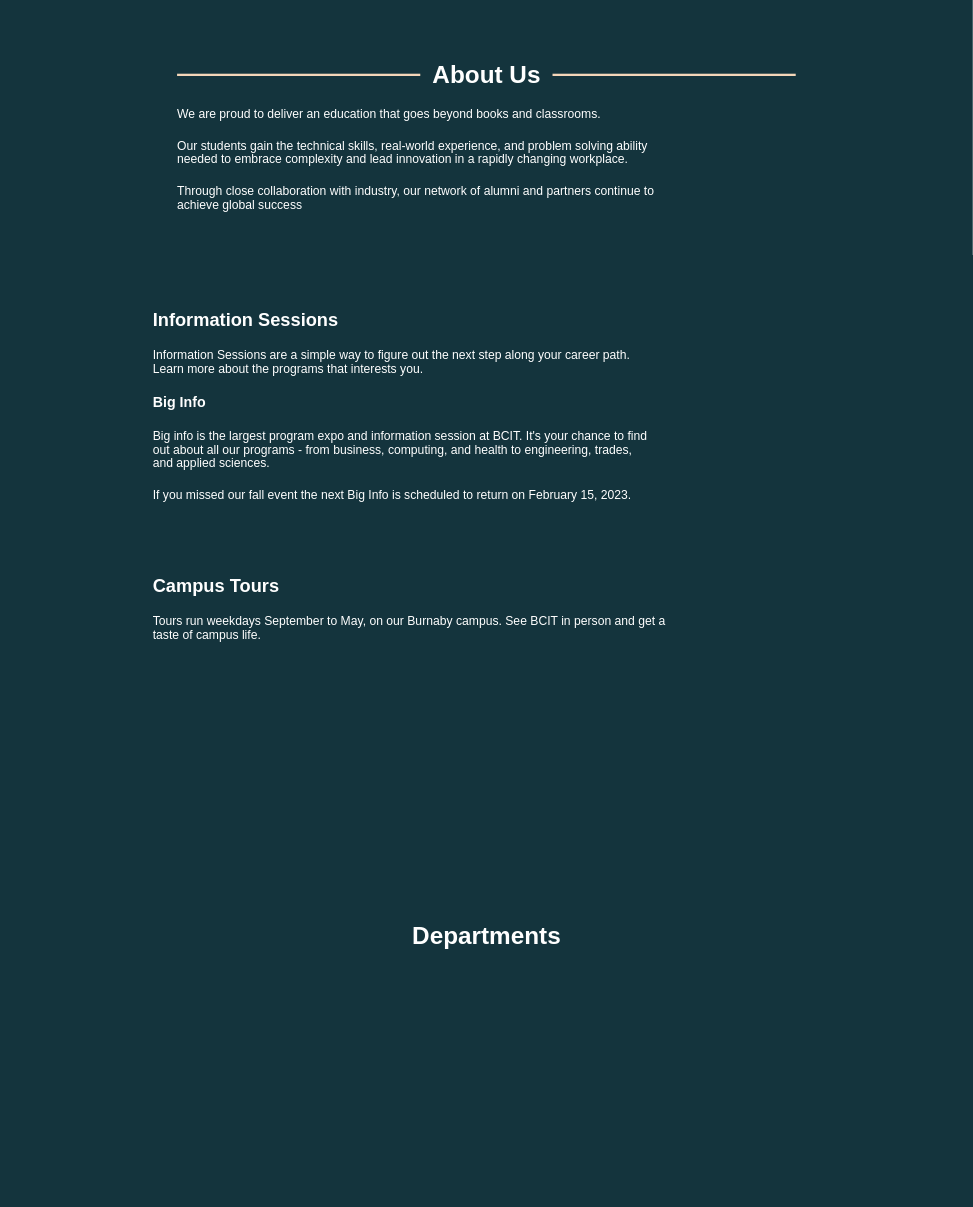
Repository: jennydmcm/assignment-1-playwright-site-A01338943
Page: /about
These files come from the project's save history. The page is drawn as it stood at one moment and after the next save; the edit follows.
The browser window is 1280 px wide. The pictures show the whole page, at 76% of full size.
The project was rebuilt for these pictures with package versions that can differ from the ones it lists, and the page was loaded fresh each time. The framework's server and built-in components were replaced by stand-ins that run in the browser. Also part of the build but not shown: next.config.js.

Above is the page before, as saved 2023-02-08 13:33:23.

### pages/_app.js
import '../styles/globals.css'
import '../styles/variables.css'

function MyApp({ Component, pageProps }) {
  return <Component {...pageProps} />
}

export default MyApp

### pages/about.js
import Head from "next/head";
import Image from "next/image";
import { Inter } from "@next/font/google";
import styles from "@/styles/About.module.css";
const inter = Inter({ subsets: ["latin"] });

export default function Home() {
  return (
    <>
      <Head>
        <title>About Us</title>
        <meta name="description" content="Generated by create next app" />
        <meta name="viewport" content="width=device-width, initial-scale=1" />
        <meta name="author" content="MDIA 2109" />
        <meta property="og:title" content="Assignment #1 - About Us Page" />
        <meta
          property="og:description"
          content="BCIT Digital Design and Development Diploma"
        />
        <link rel="icon" href="/favicon.png" />
      </Head>
      <main className={styles.main}>
        <header>
          <div className={styles.about}>
            <div className={styles.header}>
              <hr className={styles.lines}></hr>
              <h1 className={styles.aboutTitle}>About Us</h1>
              <hr className={styles.lines}></hr>
            </div>
            <p className={styles.mainText}>
              We are proud to deliver an education that goes beyond books and
              classrooms.
            </p>
            <p className={styles.mainText}>
              Our students gain the technical skills, real-world experience, and
              problem solving ability <br></br>
              needed to embrace complexity and lead innovation in a rapidly
              changing workplace.
            </p>
            <p className={styles.mainText}>
              Through close collaboration with industry, our network of alumni
              and partners continue to <br></br>
              achieve global success
            </p>
          </div>
          <div className={styles.infosesh}>
            <h2>Information Sessions</h2>
            <p className={styles.mainText}>
              Information Sessions are a simple way to figure out the next step
              along your career path. <br></br>
              Learn more about the programs that interests you.
            </p>
            <h3 className={styles.bigInfo}>Big Info</h3>
            <p className={styles.mainText}>
              Big info is the largest program expo and information session at
              BCIT. It's your chance to find<br></br>
              out about all our programs - from business, computing, and health
              to engineering, trades,<br></br>
              and applied sciences.
            </p>
            <p className={styles.mainText}>
              If you missed our fall event the next Big Info is scheduled to
              return on February 15, 2023.
            </p>
          </div>

          <div className={styles.tours}>
            <h2>Campus Tours</h2>
            <p className={styles.mainText}>
              Tours run weekdays September to May, on our Burnaby campus. See
              BCIT in person and get a<br></br>
              taste of campus life.
            </p>
          </div>
          <div className={styles.dept}>
            <h1>Departments</h1>
          </div>
        </header>
        <a>
          <span>
            <img href="/upwardArrow.png"></img>
            <img href="downwardArrow.png"></img>
          </span>
        </a>
      </main>
    </>
  );
}

### styles/variables.css
:root{
    --primary-color: #fff;
    --secondary-color: #f4d6b9;
    --ternary-color: #14343d;
    --quaternary-color: #14343d;
    --quinary-color: rgba(16,46,53,0.5);

}

### styles/About.module.css
.main{
    background-color: var(--ternary-color);
    color: var(--primary-color);
    font-family: Arial, Helvetica, sans-serif;
    display: flex;
    flex-direction: column;
    align-items: center;
}
.about{
    display: flex;
    flex-direction: column;
    padding: 5rem;
    padding-bottom: 5rem;

}


.infosesh{
    display: flex;
    flex-direction: column;
    padding: 3rem;
    padding-bottom: 3rem;

}

.bigInfo{
    padding-top: 1.5rem;

}

.tours{
    display: flex;
    flex-direction: column;
    padding: 3rem;
    padding-bottom: 3rem;

}

.dept{
    display: flex;
    flex-direction: column;
    padding-top: 20rem;
    padding-bottom: 20rem;
    align-items: center;


}

.aboutTitle{
    display: flex;
    flex-direction: column;
    align-items: center;
    padding-left: 1rem;
    padding-right: 1rem;
}

.mainText{
    padding-top: 1.5rem;

}

.lines{
    border-top: none;
    border-bottom: 0.2rem solid var(--secondary-color);
    border-left: none;
    border-right: none;
    width: 20rem;
}
.header{
    display: flex;
    flex-direction: row;
    align-items: center;
}

Loaded but not shown: pages/_document.js (common file); styles/globals.css (common file)

After the next save:
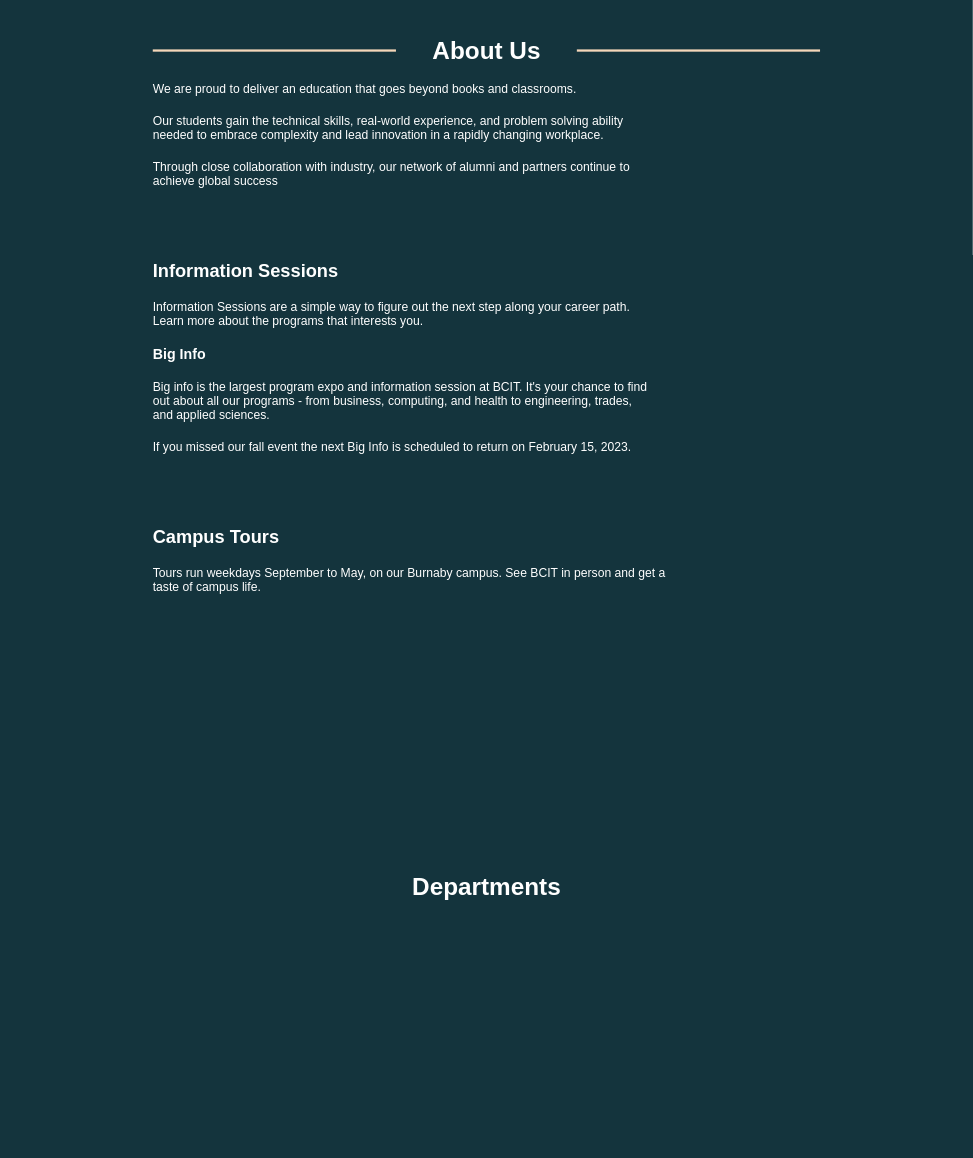
Saved 16 s later.
--- a/styles/About.module.css
+++ b/styles/About.module.css
@@ -9,8 +9,8 @@
 .about{
     display: flex;
     flex-direction: column;
-    padding: 5rem;
-    padding-bottom: 5rem;
+    padding: 3rem;
+    padding-bottom: 3rem;
 
 }
 
@@ -50,8 +50,8 @@
     display: flex;
     flex-direction: column;
     align-items: center;
-    padding-left: 1rem;
-    padding-right: 1rem;
+    padding-left: 3rem;
+    padding-right: 3rem;
 }
 
 .mainText{
